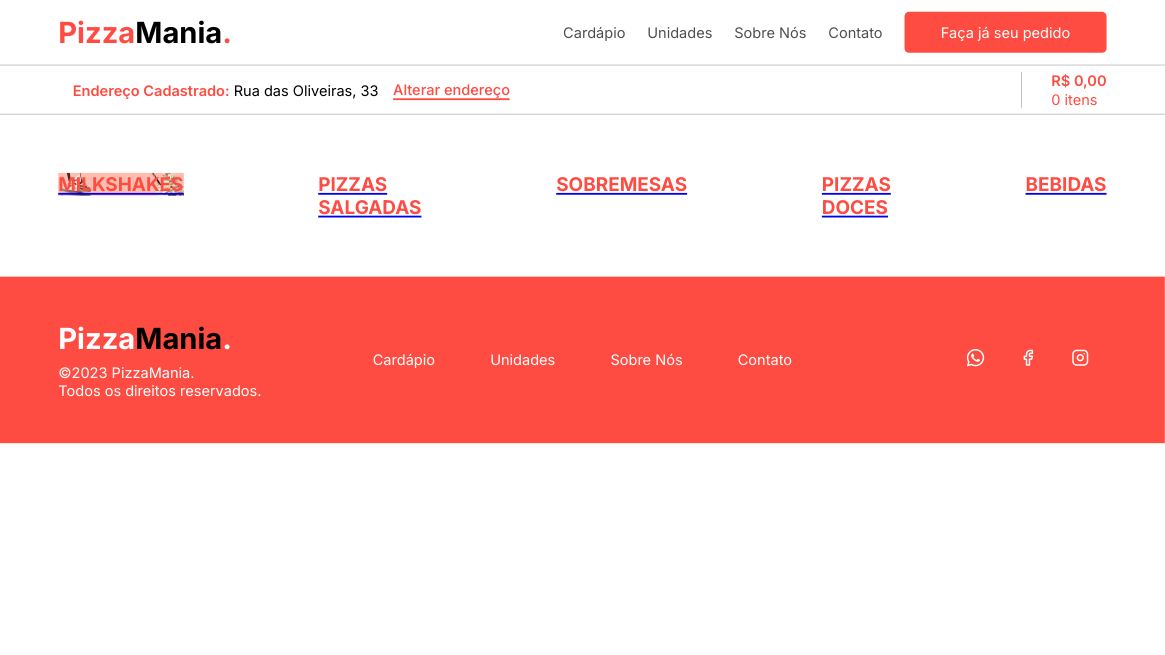
Repository: lucas-albuq/PizzaMania
Page: assets/pages/cardapio.html
These files come from the project's save history. The page is drawn as it stood at one moment and after the next save; the edit follows.
The browser window is 1280 px wide. The pictures show the whole page, at 91% of full size.
Some icons come from a web library that is not loaded, so they are not drawn. Some web libraries are served in a nearby version.

Above is the page before, as saved 2024-01-04 21:06:47.

### assets/pages/cardapio.html
<!DOCTYPE html>
<html lang="en">
<head>
    <meta charset="UTF-8">
    <meta name="viewport" content="width=device-width, initial-scale=1.0">
    <title>PizzaMania. - Cardápio</title>
    <link rel='stylesheet' href='https://cdn-uicons.flaticon.com/2.0.0/uicons-regular-rounded/css/uicons-regular-rounded.css'>
    <link rel="stylesheet" href="/assets/fonts/style.css">
    <link rel="stylesheet" href="/assets/css/pizzamania.css">
</head>
<body>
    <div id="header"></div>
    <main>
        <div class="categorias-cardapio">
            <a href="#">
                <div class="milkshakes">
                    <h2>Milkshakes</h2>
                </div>
            </a>
            <a href="#">
                <div class="pizzas-salgadas">
                    <h2>Pizzas <br>Salgadas</h2>
                </div>
            </a>
            <a href="#">
                <div class="sobremesas">
                    <h2>Sobremesas</h2>
                </div>
            </a>
            <a href="#">
                <div class="pizzas-doces">
                    <h2>Pizzas <br>Doces</h2>
                </div>
            </a>
            <a href="#">
                <div class="bebidas">
                    <h2>Bebidas</h2>
                </div>
            </a>
        </div>
    </main>
    <div id="footer"></div>
    <script src="https://ajax.googleapis.com/ajax/libs/jquery/3.1.0/jquery.min.js"></script>
    <script src="../../main.js"></script>
</body>
</html>

### assets/fonts/style.css
@font-face {
  font-family: 'icomoon';
  src:  url('fonts/icomoon.eot?r532as');
  src:  url('fonts/icomoon.eot?r532as#iefix') format('embedded-opentype'),
    url('fonts/icomoon.ttf?r532as') format('truetype'),
    url('fonts/icomoon.woff?r532as') format('woff'),
    url('fonts/icomoon.svg?r532as#icomoon') format('svg');
  font-weight: normal;
  font-style: normal;
  font-display: block;
}

[class^="icon-"], [class*=" icon-"] {
  /* use !important to prevent issues with browser extensions that change fonts */
  font-family: 'icomoon' !important;
  speak: never;
  font-style: normal;
  font-weight: normal;
  font-variant: normal;
  text-transform: none;
  line-height: 1;

  /* Better Font Rendering =========== */
  -webkit-font-smoothing: antialiased;
  -moz-osx-font-smoothing: grayscale;
}

.icon-delivery:before {
  content: "\e909";
}
.icon-pizza:before {
  content: "\e90a";
}
.icon-fatia:before {
  content: "\e90b";
}
.icon-whatsapp:before {
  content: "\e900";
}
.icon-brand:before {
  content: "\e900";
}
.icon-social:before {
  content: "\e900";
}
.icon-facebook:before {
  content: "\e902";
}
.icon-instagram:before {
  content: "\e903";
}
.icon-mail:before {
  content: "\e904";
}
.icon-map-pin:before {
  content: "\e905";
}
.icon-menu:before {
  content: "\e901";
}
.icon-phone:before {
  content: "\e906";
}
.icon-x:before {
  content: "\e907";
}
.icon-youtube:before {
  content: "\e908";
}

### assets/css/pizzamania.css
@import url('https://fonts.googleapis.com/css2?family=Inter:wght@100;200;300;400;500;600;700;800;900&display=swap');

:root {
  --base-hue: 3;
  --primary-color: hsl(var(--base-hue), 100%, 63%);
  --secondary-color: hsl(var(--base-hue), 0%, 0%);
  --text-color: hsl(var(--base-hue), 0%, 31%);
  --text-hover-color: hsl(var(--base-hue), 0%, 51%);
  --background-color: hsl(var(--base-hue), 0%, 100%);
  --button-background: hsl(var(--base-hue), 100%, 63%);
  --button-hover-background: hsl(var(--base-hue), 67%, 47%);
  --divider-color: hsl(var(--base-hue), 0%, 75%);
  --shadow-color:rgba(0, 0, 0, 0.25);
  --box-shadow: 0px 2px 8px 0px rgba(0, 0, 0, 0.25);
}

* {
  padding: 0;
  margin: 0;
  scroll-behavior: smooth;
  font-family: 'Inter', sans-serif;
  box-sizing: border-box;
}

header {
  display: flex;
  flex-direction: column;
  align-items: center;
}

main{
  max-width: 80em;
  width: 90%;
  margin: 4em auto;
  display: flex;
  flex-direction: column;
  gap: 4em;
}

section{
  display: flex;
  flex-direction: column;
  gap: 2em;
}

h2{
  font-size: 1.3em;
  color: var(--primary-color);
  text-transform: uppercase;
}

h3{
  font-size: 1.2em;
}

.header1, .header2 {
  display: flex;
  max-width: 80em;
  width: 90%;
  justify-content: space-between;
  align-items: center;
}

.header1 {
  padding: .8em 0;
}

.header2 {
  padding: .4em 0;
}

.header1 h1 a {
  color: var(--primary-color);
  font-size: 2rem;
}

.header1 h1 span {
  color: var(--secondary-color);
}

.header1_menus {
  display: flex;
  gap: 1.5em;
}

.header1 nav {
  display: flex;
  align-items: center;
}

.header1 ul {
  display: flex;
  list-style-type: none;
  align-items: center;
  justify-content: center;
  gap: 1.5em;
  align-items: center;
}

.header1 a {
  text-decoration: none;
  color: var(--text-color);
  font-size: 1rem;
  transition: color .2s;
}

.header1 nav a:hover {
  color: var(--text-hover-color);
}

.header1 button {
  padding: .8em 2.5em;
  border-radius: 5px;
  line-height: initial;
  align-self: center;
  background-color: var(--button-background);
  border: none;
  color: #FFF;
  font-size: 1rem;
  cursor: pointer;
  transition: background .2s;
}

.header1 button:hover {
  background-color: var(--button-hover-background);
}

.divider {
  border-bottom: 1px solid var(--divider-color);
  width: 100%;
}

.header2 .endereco, .header2 .carrinho {
  display: flex;
  gap: 1em;
  align-items: center;
}

.header2 .carrinho {
  border-left: 1px solid var(--divider-color);
  padding-left: 1em;
  cursor: pointer;
}

.header2 .fi, .header2 span, .carrinho p {
  color: var(--primary-color);
  transition: color .2s;
}

.header2 .endereco button {
  background: none;
  border: none;
  font-size: 1rem;
  color: var(--primary-color);
  font-weight: 500;
  border-bottom: 2px solid var(--primary-color);
  cursor: pointer;
  transition: color .2s;
}

.header2 .endereco button:hover {
  color: var(--button-hover-background);
  border-color: var(--button-hover-background);
}

.header2 .carrinho:hover .valor p, .carrinho:hover .fi {
  color: var(--button-hover-background);
}

.header2 span, .carrinho p:first-child {
  font-weight: 600;
}

footer{
  background-color: var(--primary-color);
}
footer .footer{
  display: flex;
  max-width: 80em;
  width: 90%;
  margin: 0 auto;
  justify-content: space-between;
  align-items: center;
  padding: 3em 0;
}
.footer .footer-menu{
  width: 40%;
}
.footer .footer-menu ul{
  display: flex;
  list-style-type: none;
  justify-content: space-between;
}
.footer .footer-menu a{
  color: var(--background-color);
  text-decoration: none;
  transition: color .2s
}
.footer-menu a:hover{
  color: var(--divider-color)
}
.footer-logo-copy, .footer-social-medias{
  width: 20%;
}
.footer-social-medias{
  display: flex;
  justify-content: end;
  align-items: center;
}
.footer-social-medias a{
  text-decoration: none;
}
.footer-social-medias div {
  color: var(--background-color);
  font-size: 1.2rem;
  padding: 1em;
  transition: all .5s ease;
}

.footer-social-medias div:hover {
  transform: translateY(-5px);
}
.footer-social-medias div::after{
  content: "";
  display: block;
  width: 0;
  height: 3px;
  margin-top: 3px;
  border-radius: 5px;
  background: var(--background-color);
  transition: all .2s ease;
}
.footer-social-medias div:hover::after{
  width: 100%;
}
.footer-logo-copy{
  display: flex;
  flex-direction: column;
  gap: .5em;
  color: var(--background-color)
}
.footer-logo-copy a{
  color: var(--background-color);
  text-decoration: none;
}
.footer-logo-copy a span{
  color: var(--secondary-color);
}
.servicos > div{
  display: flex;
  justify-content: space-between;
}
.servicos > div > div{
  box-shadow: var(--box-shadow);
  display: flex;
  flex-direction: column;
  align-items: center;
  justify-content: center;
  padding: 2.5em;
  width: 30%;
  gap: 1.5em;
  border-radius: 20px;
  border-bottom: var(--primary-color) solid 8px;
}

.servicos img{
  height: 3.5em;
}

.servicos p{
  text-align: center;
}

.carrossel .swiper {
  width: 100%;
  aspect-ratio: 16/6;
  border-radius: 20px;
}
.carrossel .swiper img{
  width: 100%;
  aspect-ratio: 16/6;
  filter: brightness(75%);
}
.swiper-pagination-bullet{
  padding: 3px;
}
.swiper-pagination-bullet-active{
  background: var(--primary-color);
}
.swiper-button-next, .swiper-button-prev{
  color: #FFF
}
.promocoes .swiper-slide, .assessments .swiper-slide{
  padding: 1em .2em;
}
.promocoes .card{
  display: flex;
  flex-direction: column;
  padding: 2em;
  gap: 2em;
  box-shadow: var(--box-shadow);
  border-radius: 20px;
}
.promocoes .card-top, .promocoes .card-bottom{
  display: flex;
  justify-content: space-between;
}
.promocoes .card-top-text{
  width: 65%;
  display: flex;
  flex-direction: column;
  gap: 1em;
}
.promocoes .card-top-image{
  width: 35%;
}
.promocoes .card-top-image img{
  width: 100%;
}
.promocoes .card-bottom p span{
  font-weight: bold;
  font-size: 1.2em;
}
.promocoes .card-bottom button{
  border: none;
  background: var(--button-background);
  padding: 0 3em;
  border-radius: 5px;
  color: #FFF;
  font-size: 1rem;
  cursor: pointer;
  transition: background .2s;
}
.promocoes .card-bottom button:hover{
  background: var(--button-hover-background);
}
.swiper-container{
  overflow: hidden;
}
/*Novamente reutilizando código antigo meu (é meu msm)*/
.assessments .assessments__container .swiper-wrapper{
  display: flex;
  flex-wrap: nowrap;
}
.assessments .assessments__container .assessments__assessment blockquote{
  padding: 2em;
  box-shadow: var(--box-shadow);
  border-radius: 20px;
  height: auto;
  width: 100%;
}
.assessments .assessments__container .assessments__assessment p{
  position: relative;
  text-indent: 1.875rem;
  margin-bottom: 1.5rem;
  color: var(--title-color);
}
.assessments .assessments__container .assessments__assessment p span{
  font-size: 4rem;
  font-family: serif;
  font-weight: 700;
  position: absolute;
  color: var(--primary-color);
  top: -1.375rem;
  left: -2.300rem;
}
.assessments .assessments__container .assessments__assessment cite {
  display: flex;
  align-items: center;
  font-style: normal;
  text-transform: capitalize;
}
.assessments .assessments__container .assessments__assessment cite img{
  height: 2rem;
  width: 2rem;
  object-fit: cover;
  clip-path: circle();
  margin-right: 0.5rem;
}
.categorias-cardapio{
  display: flex;
  flex-wrap: wrap;
  gap: 2em;
  justify-content: space-between;
}
.categorias-cardapio > div{
  padding: 5em 13em;
  text-align: center;
  display: flex;
  align-items: center;
  border-radius: 20px;
}
.categorias-cardapio h2{
  align-self: center
}
.categorias-cardapio .milkshakes{
  background-image: url("/assets/images/Milkshakes.png");
  background-size: 100% auto;
  background-position: center;
  background-repeat: no-repeat;

}

### main.js
document.addEventListener('DOMContentLoaded', function() {
    const header = document.getElementById('header');
    const footer = document.getElementById('footer');

    fetch('/assets/html/header.html')
        .then(response => response.text())
        .then(data => {
            header.innerHTML = data;

            const fazerPedido = document.querySelector(".header1_menus button");
            fazerPedido.addEventListener("click", () => window.open('./assets/pages/cardapio.html', '_self'));
        });

    fetch('/assets/html/footer.html')
        .then(response => response.text())
        .then(data => {
            footer.innerHTML = data;
        });
});

### assets/html/header.html
<header>
        <div class="header1">
            <h1><a href="/index.html">Pizza<span>Mania</span>.</a></h1>
            <div class="header1_menus">
                <nav>
                    <ul>
                        <li><a href="#">Cardápio</a></li>
                        <li><a href="#">Unidades</a></li>
                        <li><a href="#">Sobre Nós</a></li>
                        <li><a href="#">Contato</a></li>
                    </ul>
                </nav>
                <button>
                    Faça já seu pedido
                </button>
            </div>
        </div>
        <div class="divider"></div>
        <div class="header2">
            <div class="endereco">
                <i class="fi fi-rr-home"></i>
                <p><span>Endereço Cadastrado:</span> Rua das Oliveiras, 33</p>
                <button>Alterar endereço</button>
            </div>
            <div class="carrinho">
                <i class="fi fi-rr-shopping-cart"></i>
                <div class="valor">
                    <p>R$ 0,00</p>
                    <p>0 itens</p>
                </div>
            </div>
        </div>
        <div class="divider"></div>
    </header>

### assets/html/footer.html
<footer>
    <div class="footer">
        <div class="footer-logo-copy">
            <h1><a href="/index.html">Pizza<span>Mania</span>.</a></h1>
            <p>
                ©2023 PizzaMania. <br>
                Todos os direitos reservados.
            </p>
        </div>
        <nav class="footer-menu">
            <ul>
                <li><a href="">Cardápio</a></li>
                <li><a href="">Unidades</a></li>
                <li><a href="">Sobre Nós</a></li>
                <li><a href="">Contato</a></li>
            </ul>
        </nav>
        <div class="footer-social-medias">
            <a href="#">
                <div class="icon-whatsapp"></div>
            </a>
            <a href="#">
                <div class="icon-facebook"></div>
            </a>
            <a href="#">
                <div class="icon-instagram"></div>
            </a>
        </div>
    </div>
</footer>

After the next save:
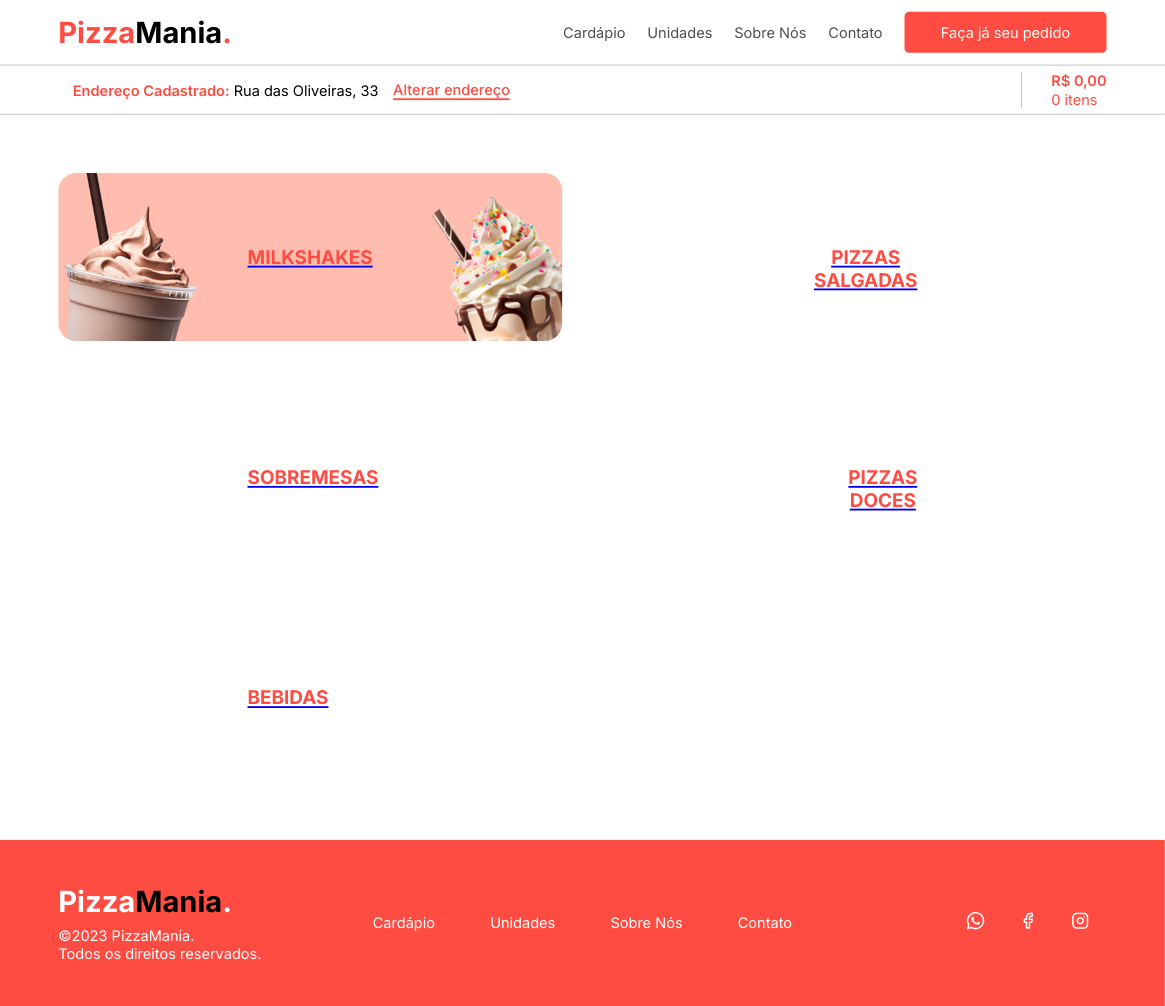
Saved 9 s later.
--- a/assets/css/pizzamania.css
+++ b/assets/css/pizzamania.css
@@ -383,7 +383,7 @@ footer .footer{
   gap: 2em;
   justify-content: space-between;
 }
-.categorias-cardapio > div{
+.categorias-cardapio div{
   padding: 5em 13em;
   text-align: center;
   display: flex;
